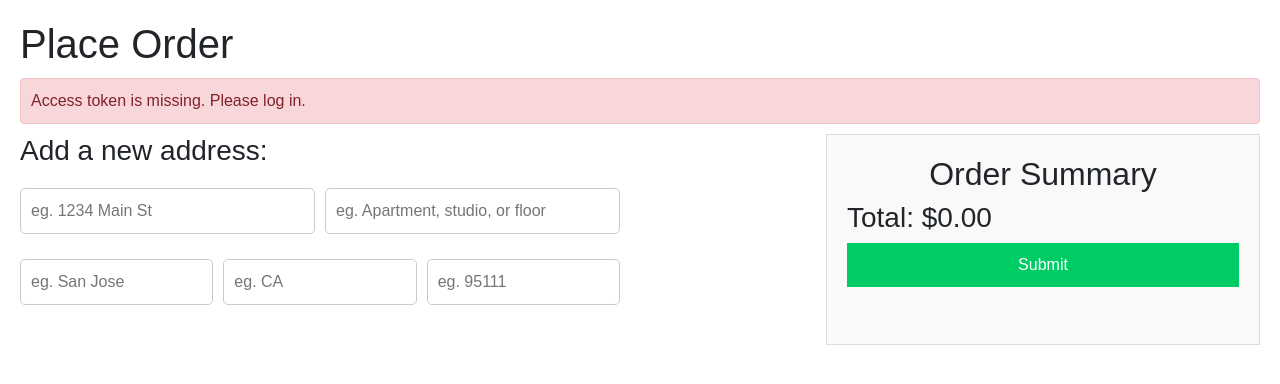
Repository: chelseajaculina/lab2-uber-eats
Page: /order (app in frontend/)
An editor plug-in stored every save of this project. The page is shown before and after the next save, followed by the edit.
The browser window is 1280 px wide. The pictures show the whole page.
The project was rebuilt for these pictures with package versions that can differ from the ones it lists, and the page was loaded fresh each time. Also part of the build but not shown: frontend/src/components/Home.css, frontend/src/components/Logout.css, frontend/src/components/Logout.js, frontend/src/components/CartModal.css, frontend/src/components/CartModal.js, frontend/src/components/NavBarHome.js, frontend/src/components/Home.js, frontend/src/components/CustomerSignUp.js and 25 more.

Above is the page before, as saved 2024-11-23 00:47:41.

After the next save:
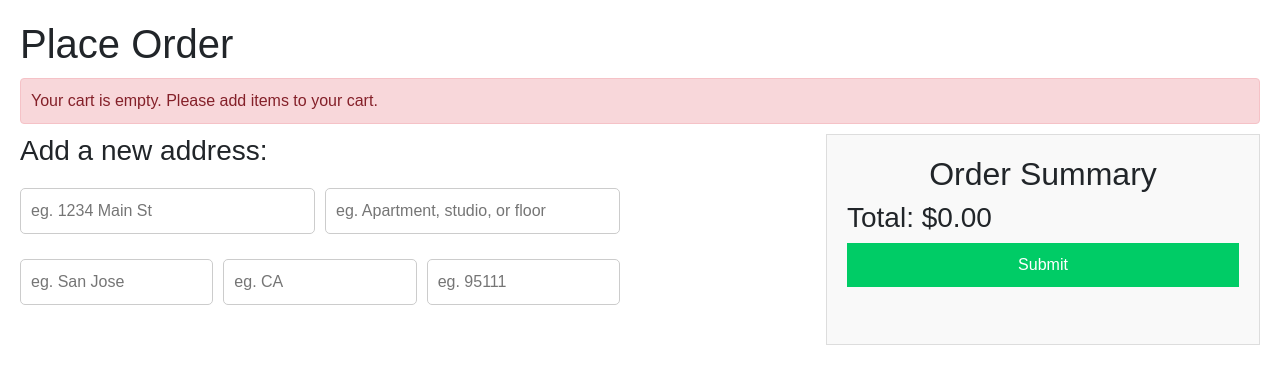
Saved 73 s later.
--- a/frontend/src/components/OrderPage.js
+++ b/frontend/src/components/OrderPage.js
@@ -18,50 +18,29 @@ const OrderPage = () => {
   const [isOrderPlaced, setIsOrderPlaced] = useState(false);
   const [successMessage, setSuccessMessage] = useState('');
   const [errorMessage, setErrorMessage] = useState('');
-  const [customerId, setCustomerId] = useState(null);
+  const [customerId, setCustomerId] = useState(localStorage.getItem('customer_id') || null);
   const [restaurantId, setRestaurantId] = useState(null);
 
-  // Fetch Customer ID and Restaurant ID using API
+  // Extract Restaurant ID from Cart Dishes
   useEffect(() => {
-    const fetchSessionData = async () => {
-      try {
-        const token = localStorage.getItem('access_token');
-        if (!token) {
-          setErrorMessage('Access token is missing. Please log in.');
-          return;
-        }
-
-        console.log('Fetching session data from API...');
-        const { data } = await axios.get('/api/session-info/', {
-          headers: {
-            Authorization: `Bearer ${token}`,
-          },
-        });
-
-        setCustomerId(data.customer_id); // Assuming 'customer_id' is returned by the API
-        console.log('Customer ID fetched from API:', data.customer_id);
-
-        if (cart.length > 0) {
-          const uniqueRestaurantIds = [...new Set(cart.map((item) => item.restaurant.restaurant_id))];
-          if (uniqueRestaurantIds.length === 1) {
-            setRestaurantId(uniqueRestaurantIds[0]);
-            console.log('Restaurant ID fetched from cart:', uniqueRestaurantIds[0]);
-          } else if (uniqueRestaurantIds.length > 1) {
-            setErrorMessage('Your cart contains items from multiple restaurants. Please update your cart.');
-            console.warn('Multiple restaurant IDs detected:', uniqueRestaurantIds);
-          } else {
-            setErrorMessage('Restaurant ID is missing. Please check your cart.');
-          }
-        } else {
-          setErrorMessage('Your cart is empty. Please add items to your cart.');
-        }
-      } catch (error) {
-        console.error('Error fetching session data:', error.response?.data || error.message);
-        setErrorMessage('Failed to retrieve user data. Please log in again.');
+    if (cart.length > 0) {
+      const uniqueRestaurantIds = [...new Set(cart.map((item) => item.restaurant_id))];
+      console.log('Unique restaurant IDs from cart:', uniqueRestaurantIds);
+
+      if (uniqueRestaurantIds.length === 1) {
+        setRestaurantId(uniqueRestaurantIds[0]);
+        console.log('Restaurant ID set from cart:', uniqueRestaurantIds[0]);
+      } else if (uniqueRestaurantIds.length > 1) {
+        setErrorMessage('Your cart contains items from multiple restaurants. Please update your cart.');
+        console.warn('Multiple restaurant IDs detected:', uniqueRestaurantIds);
+      } else {
+        setErrorMessage('Restaurant ID is missing. Please check your cart.');
+        console.warn('No restaurant_id found in the cart items.');
       }
-    };
-
-    fetchSessionData();
+    } else {
+      setErrorMessage('Your cart is empty. Please add items to your cart.');
+      console.warn('Cart is empty.');
+    }
   }, [cart]);
 
   const calculateTotal = () => {
@@ -69,6 +48,7 @@ const OrderPage = () => {
       (total, item) => total + (parseFloat(item.price) || 0) * item.quantity,
       0
     ).toFixed(2);
+    console.log('Calculated total price:', total);
     return total;
   };
 
